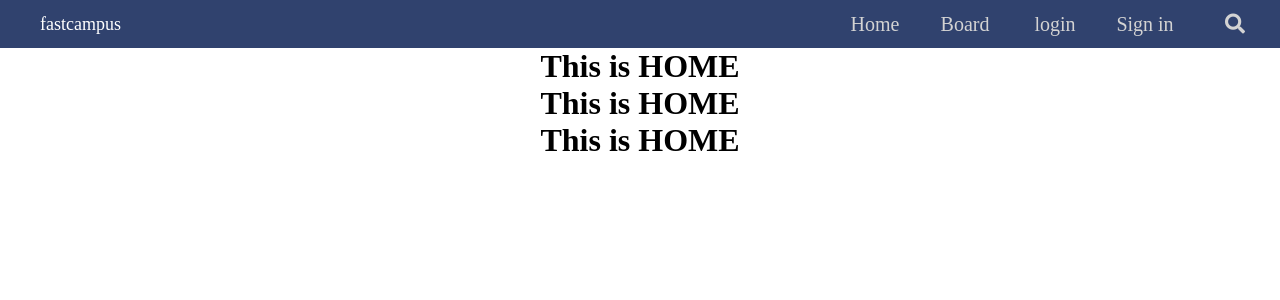
Repository: chungmin23/fastcampus_spring
Page: http://localhost/ch2/
These files come from the project's save history. The page is drawn as it stood at one moment and after the next save; the edit follows.
The browser window is 1280 px wide. The pictures show the whole page.
Some web libraries are served in a nearby version. The page is served by Tomcat 9.

Above is the page before, as saved 2022-04-10 08:36:17.

After the next save:
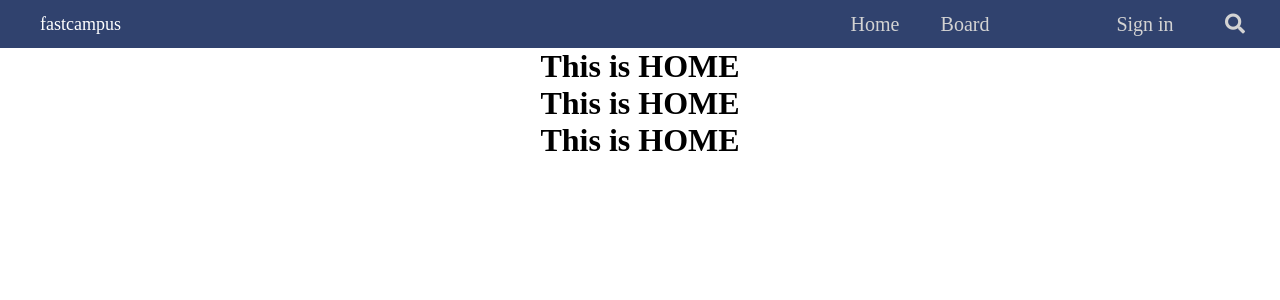
Saved 66 s later.
--- a/ch2/src/main/webapp/WEB-INF/views/index.jsp
+++ b/ch2/src/main/webapp/WEB-INF/views/index.jsp
@@ -1,5 +1,6 @@
 <%@ page language="java" contentType="text/html; charset=UTF-8"%>
 <%@ taglib uri="http://java.sun.com/jsp/jstl/core" prefix="c" %>
+
 <!DOCTYPE html>
 <html>
 <head>
@@ -14,7 +15,7 @@
 	    <li id="logo">fastcampus</li>
 	    <li><a href="<c:url value='/'/>">Home</a></li>
 	    <li><a href="<c:url value='/board/list'/>">Board</a></li>
-	    <li><a href="<c:url value='/login/login'/>">login</a></li>
+	    <li><a href="<c:url value='${loginOutLink}'/>">${loginOut}</a></li>
 	    <li><a href="<c:url value='/register/add'/>">Sign in</a></li>
 	    <li><a href=""><i class="fas fa-search small"></i></a></li>
 	</ul>

After the 3 saves that followed:
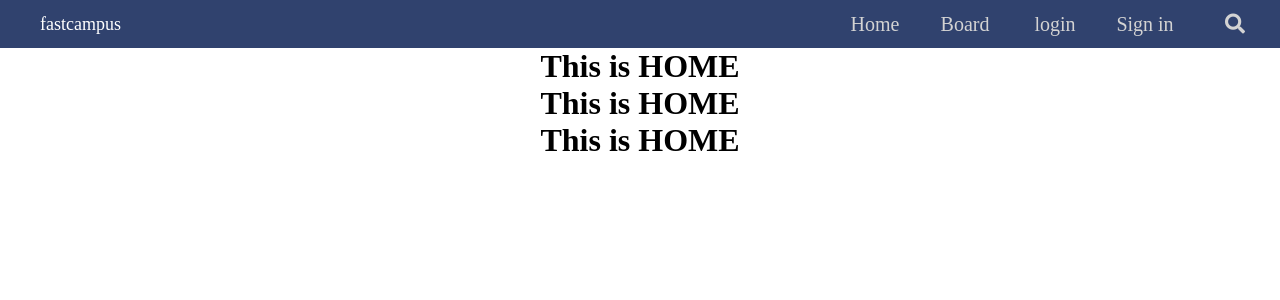
The 3 saves are shown as one change because 1 did not build or start and 1 left the picture as it was.
The last was saved 4 min 3 s later.
--- a/ch2/src/main/webapp/WEB-INF/views/index.jsp
+++ b/ch2/src/main/webapp/WEB-INF/views/index.jsp
@@ -1,6 +1,7 @@
 <%@ page language="java" contentType="text/html; charset=UTF-8"%>
 <%@ taglib uri="http://java.sun.com/jsp/jstl/core" prefix="c" %>
-
+<c:set var="loginOutLink" value="${sessionScope.id==null ? '/login/login' : '/login/logout'}"/>
+<c:set var="loginOut" value="${sessionScope.id==null ? 'login' : 'logout'}"/>
 <!DOCTYPE html>
 <html>
 <head>
